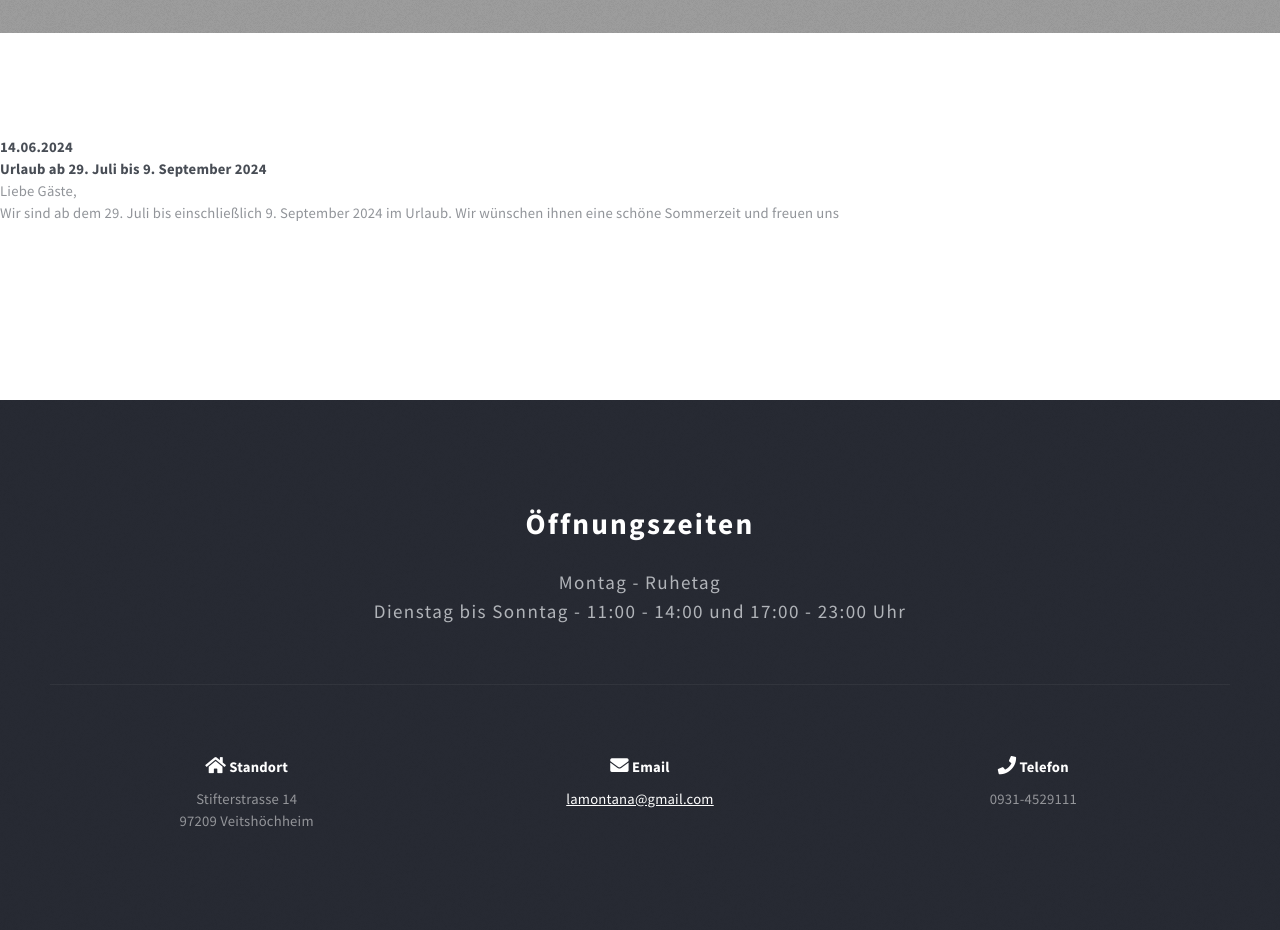
Repository: restaurantlamontana/restaurantlamontana.github.io
Page: blog.html
An editor plug-in stored every save of this project. The page is shown before and after a run of saves, followed by the edit.
The browser window is 1280 px wide. The pictures show the part of the page from y = 319 to 1271 px (the page is 1249 px tall before and 1271 px after).
Pictures or frames that could not be fetched are drawn as grey boxes.

Above is the page before, as saved 2024-07-14 18:19:43.

### blog.html
<!DOCTYPE HTML>
<!--
	Escape Velocity by HTML5 UP
	html5up.net | @ajlkn
	Free for personal and commercial use under the CCA 3.0 license (html5up.net/license)
-->
<html>
	<head>
		<title>La Montana - Blog</title>
		<meta charset="utf-8" />
		<meta name="viewport" content="width=device-width, initial-scale=1, user-scalable=no" />
		<link rel="stylesheet" href="assets/css/main.css" />
	</head>
	<body class="right-sidebar is-preload">
		<div id="page-wrapper">
			<!-- Header -->
			<section id="header" class="wrapper">
			  <!-- Logo -->
			  <div id="logo">
				<h1><a href="index.html">La Montana</a></h1>
				<p>Restaurant</p>
			  </div>

			  <!-- Nav -->
			  <nav id="nav">
				<ul>
				  <li class="current"><a href="index.html">Home</a></li>
				  <li><a href="assets/Speisekarte_Scan.pdf" target="_blank">Speisekarte</a></li>
				  <li><a href="blog.html">Blog</a></li>
				</ul>
			  </nav>
			</section>
				</section>

			<!-- Main -->
				<section id="main" class="wrapper style2">
					<div>
						<br><br>
						<h6>14.06.2024</h6>
						<h1><bold>Urlaub ab 29. Juli bis 9. September 2024</bold></h1>
						<p>
							Liebe Gäste,
							<br>
							Wir sind ab dem 29. Juli bis einschließlich 9. September 2024 im Urlaub.
							Wir wünschen ihnen eine schöne Sommerzeit und freuen uns

						</p>
						<br><br>
					</div>
				</section>

		<!-- Footer -->
		<section id="footer" class="wrapper">
			<div class="container">
				<header class="style1">
					<h2>Öffnungszeiten</h2>
					<p>
						Montag - Ruhetag <br />
						Dienstag bis Sonntag - 11:00 - 14:00 und 17:00 - 23:00 Uhr
					</p>
				</header>
				<div class="flex-container">
					<div class="flex-item">
						<h3 class="icon solid fa-home">   Standort</h3>
						<p>
							Stifterstrasse 14<br />
							97209 Veitshöchheim<br />
						</p>
					</div>
					<div class="flex-item">
						<h3 class="icon solid fa-envelope">   Email</h3>
						<p>
							<a href="#">lamontana@gmail.com</a>
						</p>
					</div>
					<div class="flex-item">
						<h3 class="icon solid fa-phone">   Telefon</h3>
						<p>0931-4529111</p>
					</div>
				</div>
			</div>
		</section>
	</body>
	</html>

Loaded but not shown: assets/css/fontawesome-all.min.css (library); assets/css/main.css (3135 lines, source omitted)

After the next 2 saves:
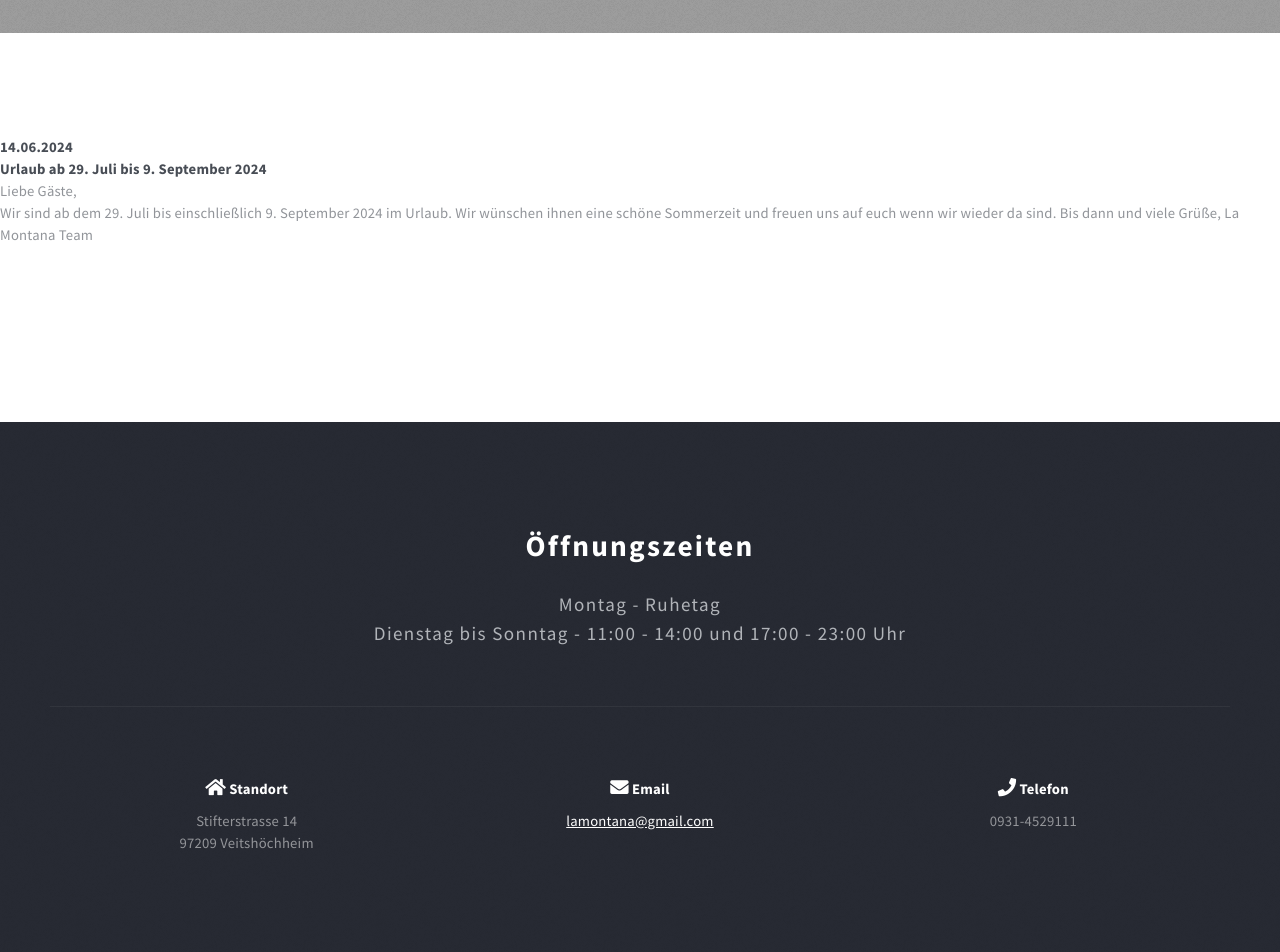
The 2 saves are shown as one change because they came seconds apart.
The last was saved 25 s later.
--- a/blog.html
+++ b/blog.html
@@ -42,8 +42,10 @@
 							Liebe Gäste,
 							<br>
 							Wir sind ab dem 29. Juli bis einschließlich 9. September 2024 im Urlaub.
-							Wir wünschen ihnen eine schöne Sommerzeit und freuen uns
+							Wir wünschen ihnen eine schöne Sommerzeit und freuen uns auf euch wenn wir wieder da sind.
 
+							Bis dann und viele Grüße,
+							La Montana Team
 						</p>
 						<br><br>
 					</div>
